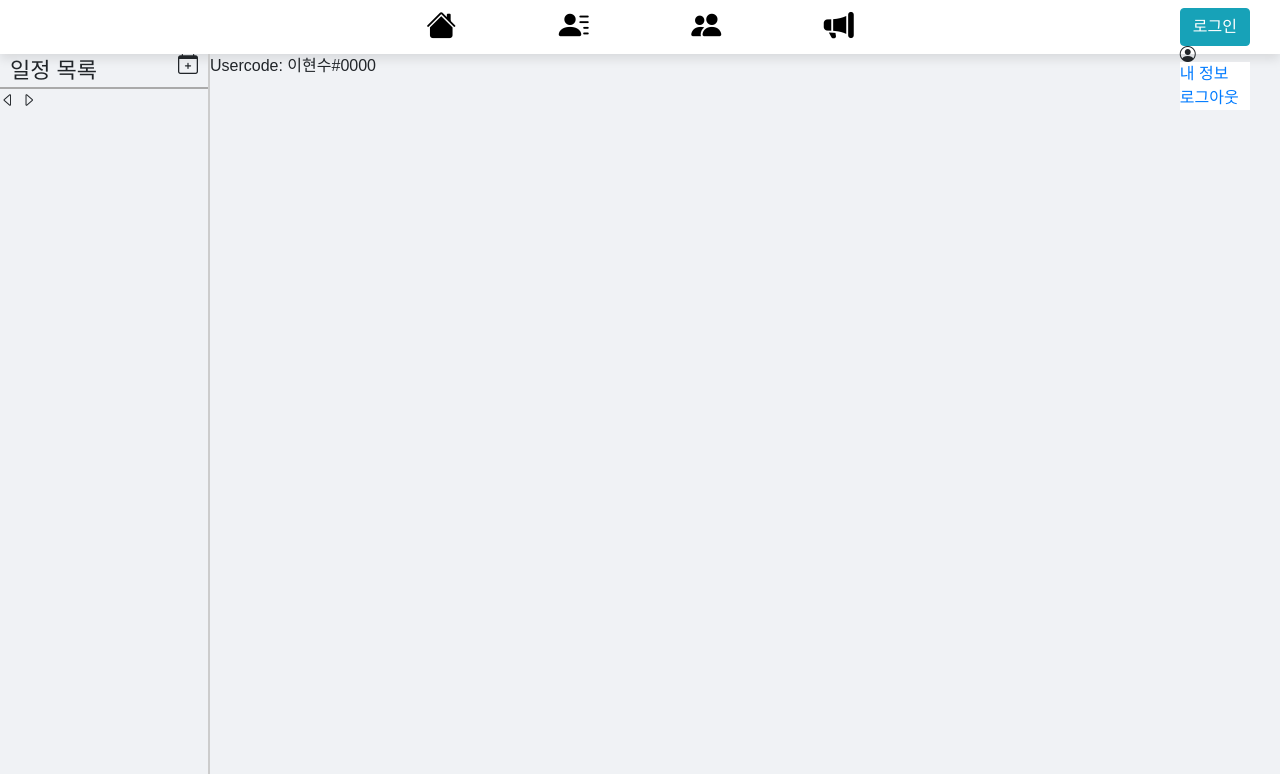
Repository: Hyeon330/Full_stack-code
Page: http://localhost/miniProject/
These files come from the project's save history. The page is drawn as it stood at one moment and after the next save; the edit follows.
The browser window is 1280 px wide. The pictures show the whole page.
Some web fonts or font styles are not loaded; a fallback is used. The page is served by Tomcat 9. Other server files are loaded and not shown.

Above is the page before, as saved 2022-03-20 09:04:48.

### 주요과제/Spring/miniProject/src/main/webapp/WEB-INF/views/home.jsp
<%@ page language="java" contentType="text/html; charset=utf-8" pageEncoding="utf-8"%>
<style>
#sidebar{
	height: 100%;
	width: 210px;
	border-right: 2px solid #ccc;
	overflow: hidden;
}
#sideTitle{
	padding: 0 10px;
	border-bottom: 2px solid #aaa;
}
#sideTitle > span {
	font-size: 22px;
}
#sideTitle > div {
	cursor: pointer;
	font-size: 20px;
	float: right;
}
</style>
<script type="text/javascript">
$(function(){
	// 다이얼로그 오픈
    $('#dialogOpen').click(function() {
        $('#dialog').dialog('open');
    });

    // 다이얼로그값 전체 리셋 함수
    const dialogReset = () => {
        $("#event-title").val('');
        $("#start-date").val('');
        $("#end-date").val('');
        $('#repet').each(function() {
            $(this).find('option:first').attr('selected',true);
        });
        $('#public').prop('checked', false);
        $('#event-color').val('#3788D8');
        $("#place").val('');
        $("#memo").val('');
    };

    // 다이얼로그 세팅
    $('#dialog').dialog({
        autoOpen: false, // 실행시 자동열림
        modal: true,
        buttons: {
            등록: function(){
                // ajax 처리
                dialogReset();
                $("#dialog").dialog('close');
            },
            초기화: dialogReset,
            취소: function(){
                dialogReset();
                $("#dialog").dialog('close');
            }
        }
    });

    // DatePicker 세팅
    $('#start-date, #end-date').datepicker({
        dateFormat: 'yy-mm-dd',
        monthNames: ['1월', '2월', '3월', '4월', '5월', '6월', '7월', '8월', '9월', '10월', '11월', '12월'],
        monthNamesShort: ['1월', '2월', '3월', '4월', '5월', '6월', '7월', '8월', '9월', '10월', '11월', '12월'],
        dayNames: ['일', '월', '화', '수', '목', '금', '토'],
        dayNamesMin: ['일', '월', '화', '수', '목', '금', '토'],
        showMonthAfterYear: true,
        yearSuffix: '년'
    });
});
</script>
<div id="sidebar">
    <div id="sideTitle">
        <span>일정 목록</span>
        <div id="dialogOpen"><i class="bi bi-calendar-plus"></i></div>
    </div>
    <div id="sideMonth">
        <i class="bi bi-caret-left" onclick="prevMonth()"></i>
        <span></span>
        <i class="bi bi-caret-right" onclick="nextMonth()"></i>
    </div>
    <div id="sideMain">
        <div id="listbox">
        </div>
    </div>
</div>
<!-- 다이얼로그 창 -->
<div id="dialog" title="일정 등록">
    <ul>
        <li><input type="text" id="event-title" name="event-title"  placeholder="제목"></li>
        <li><input type="text" id="start-date" name="start-date" placeholder="시작날짜(년-월-일)"></li>
        <li><input type="text" id="end-date" name="end-date" placeholder="종료날짜(년-월-일)"></li>
        <li>
            <select name="repet" id="repet">
                <option value="N">반복안함</option>
                <option value="D">매일반복</option>
                <option value="W">매주반복</option>
                <option value="M">매달반복</option>
                <option value="Y">매년반복</option>
            </select>
        </li>
        <li><label for="public">Public</label><input type="checkbox" id="public" name="public"></li>
        <li><label for="event-color">이벤트 색상</label><input type="color" id="event-color" name="event-color" value="#3788D8"></li>
        <li><input type="text" id="place" name="place" placeholder="장소"></li>
        <li><input type="text" id="memo" name="memo" placeholder="메모"></li>
    </ul>
</div>

### 주요과제/Spring/miniProject/src/main/webapp/inc/top.jspf
<%@ page language="java" contentType="text/html; charset=utf-8" pageEncoding="utf-8"%>
<%@ taglib uri="http://java.sun.com/jsp/jstl/core" prefix="c" %>
<c:set var="url" value="<%=request.getContextPath() %>"/>
<html>
<head>
<meta charset="UTF-8">
<title>Insert title here</title>
	<!-- 부트스트랩4, 부트스트랩 icon CSS -->
	<link rel="stylesheet" href="https://cdn.jsdelivr.net/npm/bootstrap-icons@1.8.1/font/bootstrap-icons.css">
    <link rel="stylesheet" href="https://cdn.jsdelivr.net/npm/bootstrap@4.6.1/dist/css/bootstrap.min.css" integrity="sha384-zCbKRCUGaJDkqS1kPbPd7TveP5iyJE0EjAuZQTgFLD2ylzuqKfdKlfG/eSrtxUkn" crossorigin="anonymous">

    <!-- jquery, 플러그인 CDN -->
    <link rel="stylesheet" href="${url}/jquery-ui/jquery-ui.min.css">
    <script src="https://ajax.googleapis.com/ajax/libs/jquery/3.6.0/jquery.min.js"></script>
    <script src="${url}/jquery-ui/jquery-ui.min.js"></script>

    <!-- 부트스트랩4 JS -->
    <script src="https://cdn.jsdelivr.net/npm/bootstrap@4.6.1/dist/js/bootstrap.bundle.min.js" integrity="sha384-fQybjgWLrvvRgtW6bFlB7jaZrFsaBXjsOMm/tB9LTS58ONXgqbR9W8oWht/amnpF" crossorigin="anonymous"></script>

    <!-- 풀캘린더 API -->
	<link href='${url}/fullcalendar/main.css' rel='stylesheet' />
    <script src='${url}/fullcalendar/main.js'></script>

    <link rel="stylesheet" href="${url}/css/base.css" type="text/css">
    <link rel="stylesheet" href="${url}/css/header.css" type="text/css">

</head>
<body>
<div id="header">
	<div id="icons">
	    <a href="index.html" class="disableLink"><i class="bi bi-house-fill" title="Home"></i></a>
	    <a href="friends.html"><i class="bi bi-person-lines-fill" title="Friends"></i></a>
	    <a href="#"><i class="bi bi-people-fill" title="Group"></i></a>
	    <a href="#"><i class="bi bi-megaphone-fill" title="Announcement"></i></a>
	</div>
    <div id="info">
        <a id="login-btn" href="${url}/login" type="button" class="btn btn-info">로그인</a>
        <div>
            <div id="userinfo">
                <i class="bi bi-person-circle"></i>
            </div>
        </div>
        <div id="info_menu">
            <ul>
                <a href="#"><li>내 정보</li></a>
                <a href="#"><li>로그아웃</li></a>
            </ul>
        </div>
    </div>
</div>
<div id="main">

### 주요과제/Spring/miniProject/src/main/webapp/inc/main.jspf
<%@ page language="java" contentType="text/html; charset=utf-8" pageEncoding="utf-8"%>
<%@ taglib uri="http://java.sun.com/jsp/jstl/core" prefix="c" %>
<div id="contentsBack">
	<div id=contents>
		<div id='usercode'>Usercode: 이현수#0000</div>
		<div id='calendar'></div>
		<!-- <script src="js/myCalendar.js"></script> -->
	</div>
</div>
</div>
</body>
</html>

### 주요과제/Spring/miniProject/src/main/webapp/css/base.css
@charset "UTF-8";
@import url('https://fonts.googleapis.com/css2?family=Do+Hyeon&display=swap');
body, div, p, ul, li {
	margin: 0;
	padding: 0;
}
ul, li{
	list-style-type: none;
}
ul {
	background: #fff;
}
body {
	background-color: #f0f2f5;
	font-family: 'Do Hyeon', sans-serif;
}
#main > div{
	float: left;
}

### 주요과제/Spring/miniProject/src/main/webapp/css/header.css
@charset "UTF-8";
#header {
	background-color: #fff;
	height: 54px;
	box-shadow: 0px 5px 10px rgba(0,0,0,0.1);
}
#icons{
	display: flex;
	justify-content: space-around;
	width: 530px;
	height: 54px;
	margin: 0 auto;
}
#icons > *{
	font-size: 30px;
	margin-top: 10px;
}
#icons a, #icons a:link, #icons a:visited{
	color: black;
}
#icons a:hover{
	color: #888;
	text-decoration: none;
}
#info {
	position: absolute;
	top: 8px;
	right: 30px;
}

Loaded but not shown: 주요과제/Spring/miniProject/src/main/webapp/jquery-ui/jquery-ui.min.css (library); 주요과제/Spring/miniProject/src/main/webapp/jquery-ui/jquery-ui.min.js (library); 주요과제/Spring/miniProject/src/main/webapp/fullcalendar/main.js (library); 주요과제/Spring/miniProject/src/main/webapp/fullcalendar/main.css (1494 lines, source omitted)

After the next save:
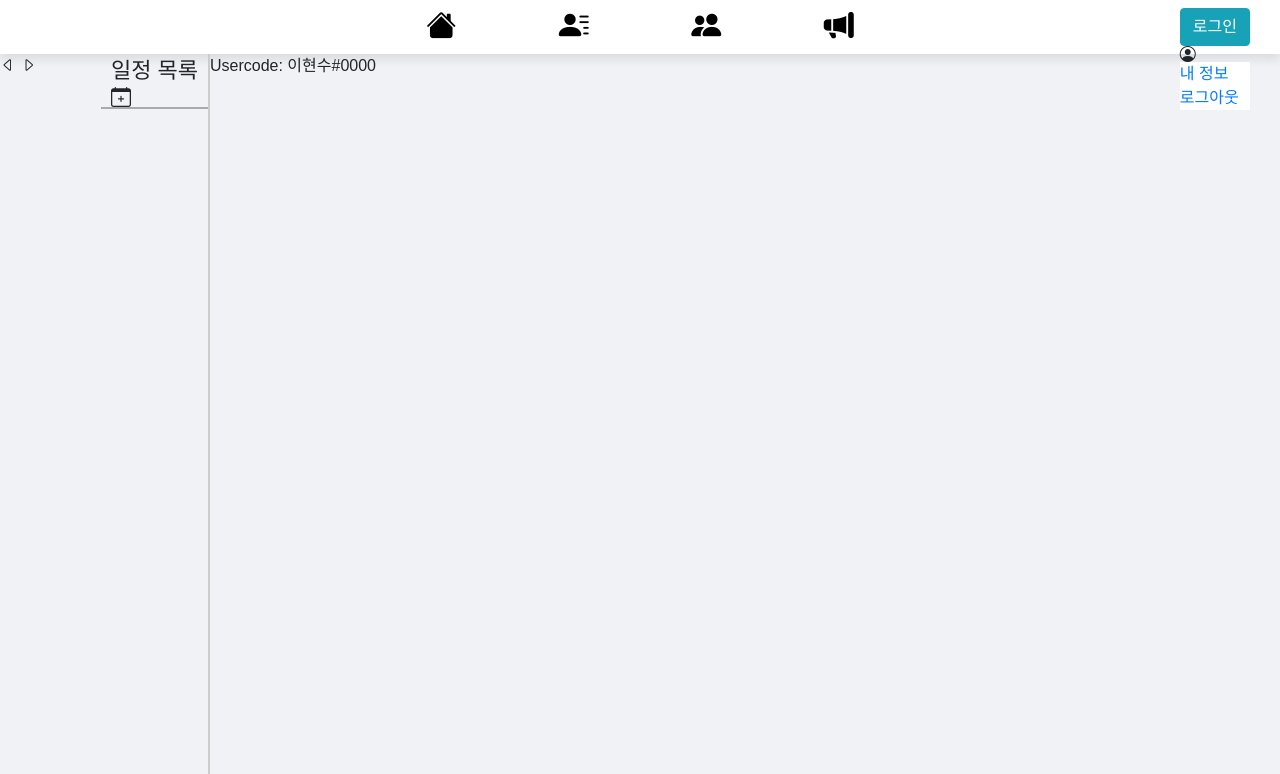
Saved 74 s later.
--- a/주요과제/Spring/miniProject/src/main/webapp/WEB-INF/views/home.jsp
+++ b/주요과제/Spring/miniProject/src/main/webapp/WEB-INF/views/home.jsp
@@ -9,6 +9,8 @@
 #sideTitle{
 	padding: 0 10px;
 	border-bottom: 2px solid #aaa;
+
+	float: right;
 }
 #sideTitle > span {
 	font-size: 22px;
@@ -16,7 +18,6 @@
 #sideTitle > div {
 	cursor: pointer;
 	font-size: 20px;
-	float: right;
 }
 </style>
 <script type="text/javascript">

After the save that followed:
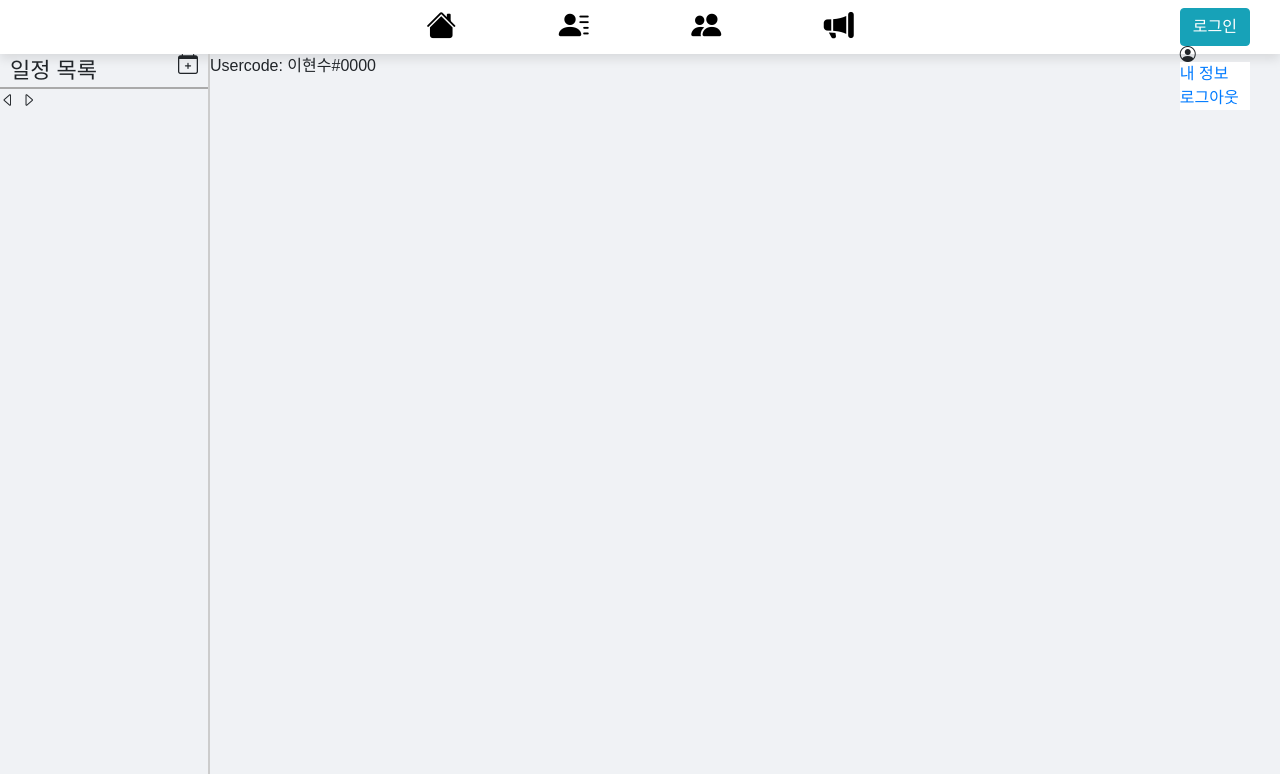
Saved 5 s later.
--- a/주요과제/Spring/miniProject/src/main/webapp/WEB-INF/views/home.jsp
+++ b/주요과제/Spring/miniProject/src/main/webapp/WEB-INF/views/home.jsp
@@ -9,8 +9,6 @@
 #sideTitle{
 	padding: 0 10px;
 	border-bottom: 2px solid #aaa;
-
-	float: right;
 }
 #sideTitle > span {
 	font-size: 22px;
@@ -18,6 +16,7 @@
 #sideTitle > div {
 	cursor: pointer;
 	font-size: 20px;
+	float: right;
 }
 </style>
 <script type="text/javascript">
